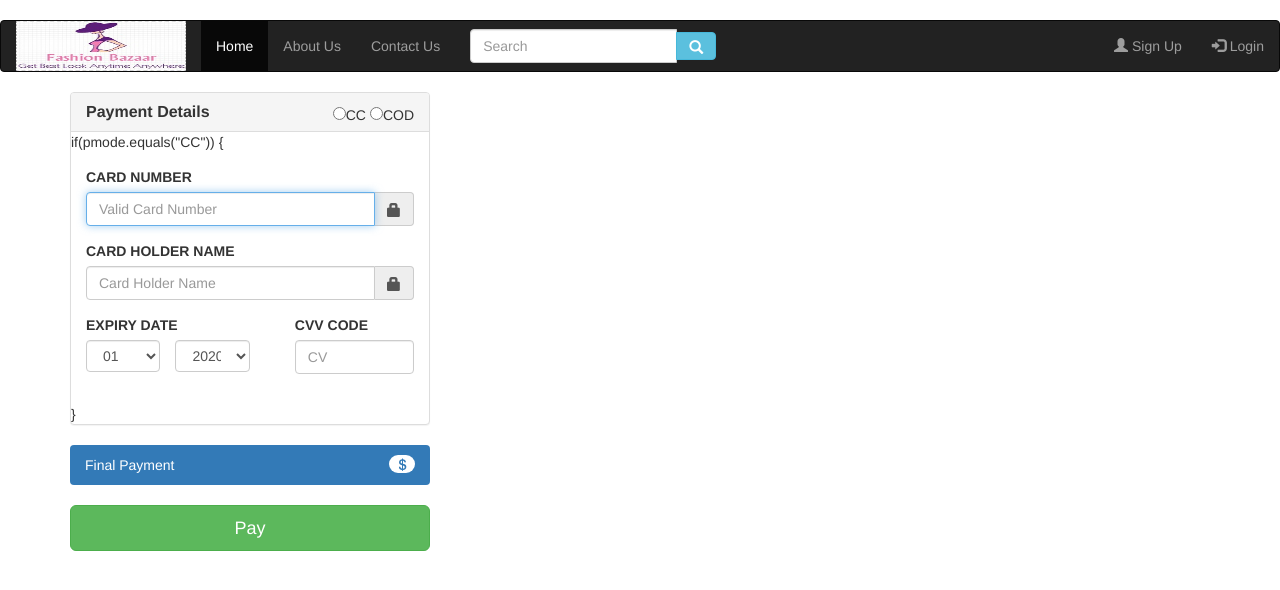
Repository: SmithaMendonca/Project-1
Page: http://localhost/FashionBazarFrontend/WEB-INF/views/Payment.jsp
The author's editor kept a copy of each file at every save. The page is drawn from the files as they stood at one save, then again after the next save.
The browser window is 1280 px wide. The pictures show the whole page.
The page is served by Tomcat 9. Nobody is signed in. Other server files are loaded and not shown. The template is opened directly, without the code that normally fills it, so the values that code supplies are empty.

Above is the page before, as saved 2019-06-10 04:23:09.

### FashionBazarFrontend/src/main/webapp/WEB-INF/views/Payment.jsp
<%@include file="Header.jsp"%>
<html>
<head>
<style type="text/css">
body { margin-top:20px; }
.panel-title {display: inline;font-weight: bold;}
.checkbox.pull-right { margin: 0; }
.pl-ziro { padding-left: 0px; }
</style>
</head>
<body>
<div class="container">
    <div class="row">
      <form action="<c:url value="/pay"/>" role="form" method="post">
        <div class="col-xs-12 col-md-4">
            <div class="panel panel-default">
               <form role="form">
                 <div class="panel-heading">
                    <h3 class="panel-title">
                        Payment Details
                    </h3>
                    <div class="checkbox pull-right">
                        <label>
                            <input type="radio" name="pmode" value="CC"/>CC
                            <input type="radio" name="pmode" value="COD"/>COD
                        </label>
                    </div>
                </div>

          if(pmode.equals("CC"))
          {
                <div class="panel-body">
                    <div class="form-group">
                        <label for="cardNumber">
                            CARD NUMBER</label>
                        <div class="input-group">
                            <input type="text" class="form-control" id="cardNumber" maxlength="16" pattern="\d{16}" placeholder="Valid Card Number"
                                required autofocus />
                            <span class="input-group-addon"><span class="glyphicon glyphicon-lock"></span></span>
                        </div>
                    </div>
                       <div class="form-group">
                        <label for="cardNumber">
                            CARD HOLDER NAME</label>
                        <div class="input-group">
                            <input type="text" class="form-control" id="cardHolderName"  placeholder="Card Holder Name"
                                required autofocus />
                            <span class="input-group-addon"><span class="glyphicon glyphicon-lock"></span></span>
                        </div>
                    </div>
                    <div class="row">
                        <div class="col-xs-7 col-md-7">
                            <div class="form-group">
                                <label for="expityMonth">
                                    EXPIRY DATE</label>
                                <div class="col-xs-6 col-lg-6 pl-ziro">
                                    <select class="form-control" id="expityMonth" size="0" >
                                    		<option value="01">01</option>
                                            <option value="02">02</option>
                                            <option value="03">03</option>
                                            <option value="04">04</option>
                                            <option value="05">05</option>
                                            <option value="06">06</option>
                                            <option value="07">07</option>
                                            <option value="08">08</option>
                                            <option value="09">09</option>
                                            <option value="10">10</option>
                                            <option value="11">11</option>
                                            <option value="12">12</option>
                                    </select>
                                </div>
                                <div class="col-xs-6 col-lg-6 pl-ziro">
                                    <select class="form-control" id="expityYear" size="0" >
                                            <option>2020</option>
                                            <option>2021</option>
                                            <option>2022</option>
                                            <option>2023</option>
                                    </select>
                                </div>
                            </div>
                        </div>
                        <div class="col-xs-5 col-md-5 pull-right">
                            <div class="form-group">
                                <label for="cvCode">
                                    CVV CODE</label>
                                <input type="password" class="form-control" maxlength="3" pattern="\d{3}" id="cvCode" placeholder="CV" required />
                            </div>
                        </div>
                    </div>
                </div>
              }
               </form>
            </div>
            <ul class="nav nav-pills nav-stacked">
                <li class="active"><a href="#"><span class="badge pull-right"><span class="glyphicon glyphicon-usd"></span>${grandTotal}</span> Final Payment</a>
                </li>
            </ul>
            <br/>
            <input type="submit" value="Pay" class="btn btn-success btn-lg btn-block"/>
        </div>
      </form>
    </div>
</div>
</body>
</html>

### FashionBazarFrontend/src/main/webapp/WEB-INF/views/Header.jsp
<%@ page language="java" contentType="text/html"%>
<%@ taglib uri="http://java.sun.com/jsp/jstl/core" prefix="c"%>
<%@taglib prefix="form" uri="http://www.springframework.org/tags/form"%>
<html>
<head>
<title>Welcome to Fashion Bazar</title>
 <meta charset="utf-8">
 <meta name="viewport" content="width=device-width, initial-scale=1">
 <link rel="stylesheet" href="https://maxcdn.bootstrapcdn.com/bootstrap/3.4.0/css/bootstrap.min.css">
  <script src="https://ajax.googleapis.com/ajax/libs/jquery/3.4.0/jquery.min.js"></script>
  <script src="https://maxcdn.bootstrapcdn.com/bootstrap/3.4.0/js/bootstrap.min.js"></script>
</head>
<style type="text/css">

.navbar-brand{
	padding:0px 15px;
     font-size: 40px;
}
</style>
<body>
	  <nav class="navbar navbar-inverse">
      <div class="container-fluid">
        <div class="navbar-header">
	        <img class="navbar-brand" src="<c:url value="/resources/images/fashion-bazaar-logo.jpg"/>" width="200px" height="100px" alt="logo" >
        </div>
        <ul class="nav navbar-nav">
         <c:if test="${!sessionScope.loggedIn }">
	      <li class="active"><a href="AdminHome.jsp">Home</a></li>
          <li><a href="<c:url value="/aboutus"/>">About Us</a></li>
          <li><a href="<c:url value="/contactus"/>">Contact Us</a></li>
          <form class="navbar-form navbar-left">
  				<div class="input-group">
    			  <input type="text" class="form-control" placeholder="Search">
   				 	<div class="input-group-btn">
      				<button class="btn btn-info" type="submit">
        				<span class="glyphicon glyphicon-search"></span>
      				</button>
    				</div>
  				</div>
			</form>
         </c:if>

         <c:if test="${sessionScope.loggedIn }">
               <c:if test="${sessionScope.role=='ROLE_ADMIN' }">
	      <li><a href="<c:url value="/category"/>">Category Management</a></li>
          <li><a href="<c:url value="/product"/>">Product Management</a></li>
               </c:if>
         </c:if>

          <c:if test="${sessionScope.loggedIn }">
              <c:if test="${sessionScope.role=='ROLE_USER' }">
           <li><a href="<c:url value="/productPage"/>">Products</a></li>
           <li><a href="<c:url value="/showCart"/>"><span class="glyphicon glyphicon-shopping-cart"></span>Cart</a></li>
              </c:if>
          </c:if>
       </ul>

       <ul class="nav navbar-nav navbar-right">
         <c:if test="${!sessionScope.loggedIn }">
	     	<li><a href="<c:url value="/register"/>"><span class="glyphicon glyphicon-user"></span> Sign Up</a></li>
        	 <li><a href="<c:url value="/login"/>"><span class="glyphicon glyphicon-log-in"></span> Login</a></li>
         </c:if>

         <c:if test="${sessionScope.loggedIn }">
            <li><a href="#"><span class="glyphicon glyphicon-user"></span>Hi ${sessionScope.username}</a></li>
            <li><a href="<c:url value="/perform_logout"/>"><span class="glyphicon glyphicon-log-out"></span> Logout</a></li>
         </c:if>
       </ul>
     </div>
    </nav>
</body>
</html>

After the next save:
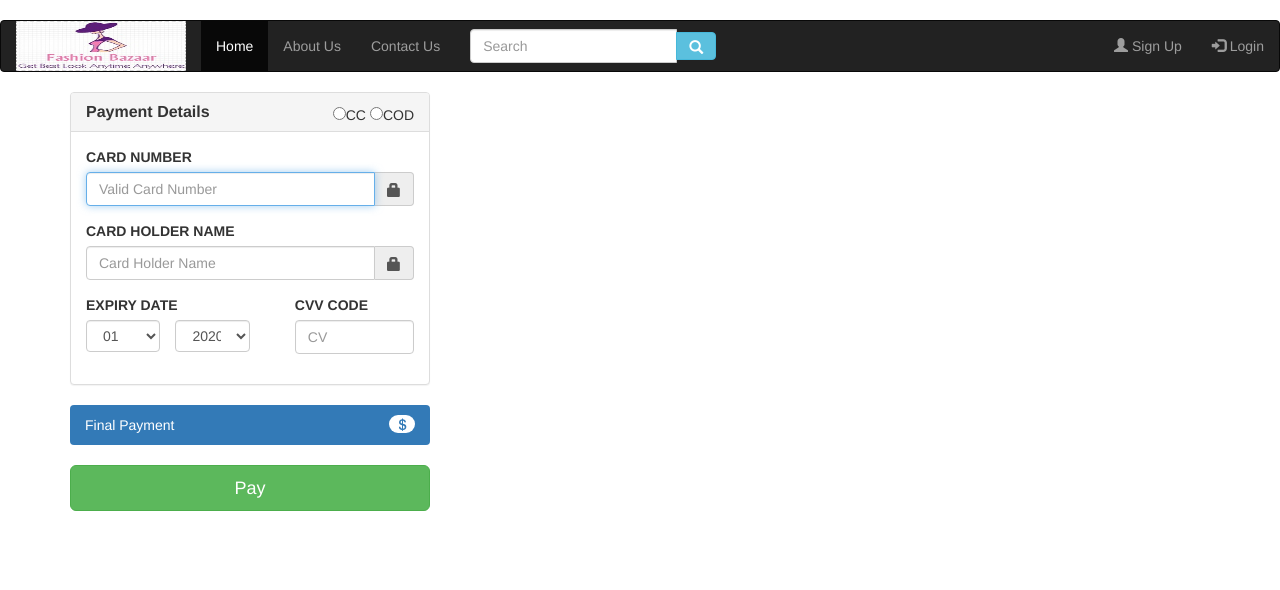
Saved 20 min 22 s later.
--- a/FashionBazarFrontend/src/main/webapp/WEB-INF/views/Payment.jsp
+++ b/FashionBazarFrontend/src/main/webapp/WEB-INF/views/Payment.jsp
@@ -27,8 +27,6 @@ body { margin-top:20px; }
                     </div>
                 </div>
 
-          if(pmode.equals("CC"))
-          {
                 <div class="panel-body">
                     <div class="form-group">
                         <label for="cardNumber">
@@ -88,7 +86,7 @@ body { margin-top:20px; }
                         </div>
                     </div>
                 </div>
-              }
+
                </form>
             </div>
             <ul class="nav nav-pills nav-stacked">
